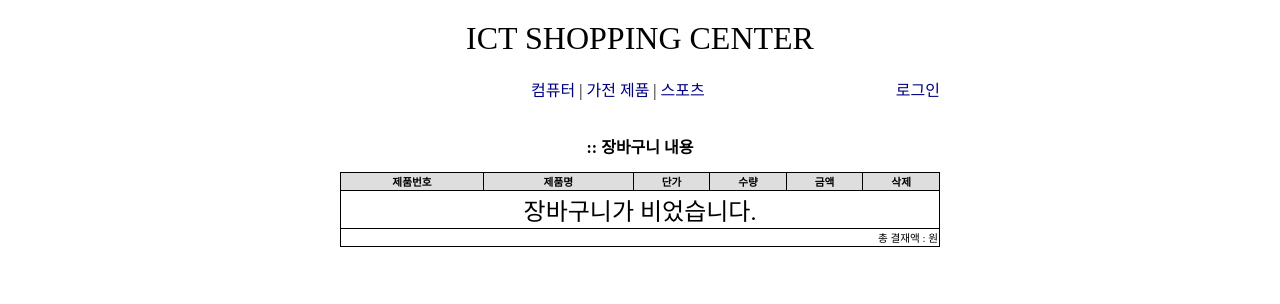
Repository: xlz5000/ICT
Page: http://localhost/spring_mvc02/WEB-INF/views/day08/cartList.jsp
The author's editor kept a copy of each file at every save. The page is drawn from the files as they stood at one save, then again after the next save.
The browser window is 1280 px wide. The pictures show the whole page.
The page is served by Tomcat 9. Nobody is signed in. The template is opened directly, without the code that normally fills it, so the values that code supplies are empty.

Above is the page before, as saved 2025-04-17 03:52:39.

After the next save:
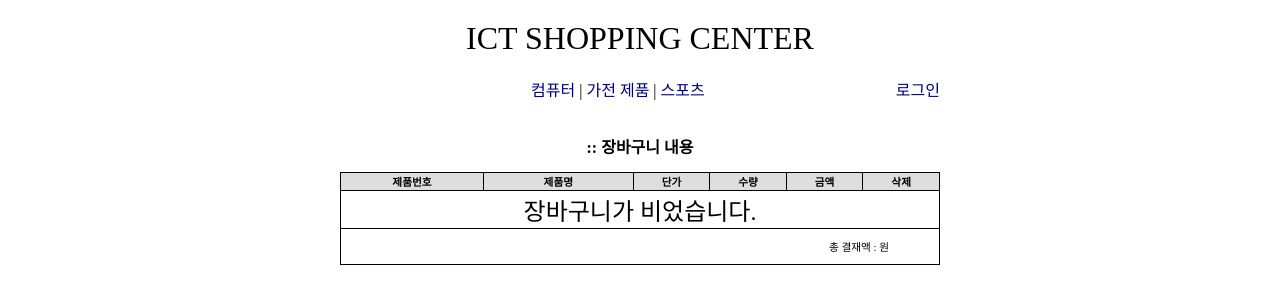
Saved 86 s later.
--- a/spring_mvc02/src/main/webapp/WEB-INF/views/day08/cartList.jsp
+++ b/spring_mvc02/src/main/webapp/WEB-INF/views/day08/cartList.jsp
@@ -83,7 +83,7 @@ table, th, td {
 		</tbody>
 		<tfoot>
 		<tr>
-			<td colspan="6" align="right">총 결재액 :
+			<td colspan="6"  style="padding: 10px 50px;text-align:right;">총 결재액 :
 
 			<fmt:formatNumber value="${cartTotal}" pattern="#, ##0"/>원
 
